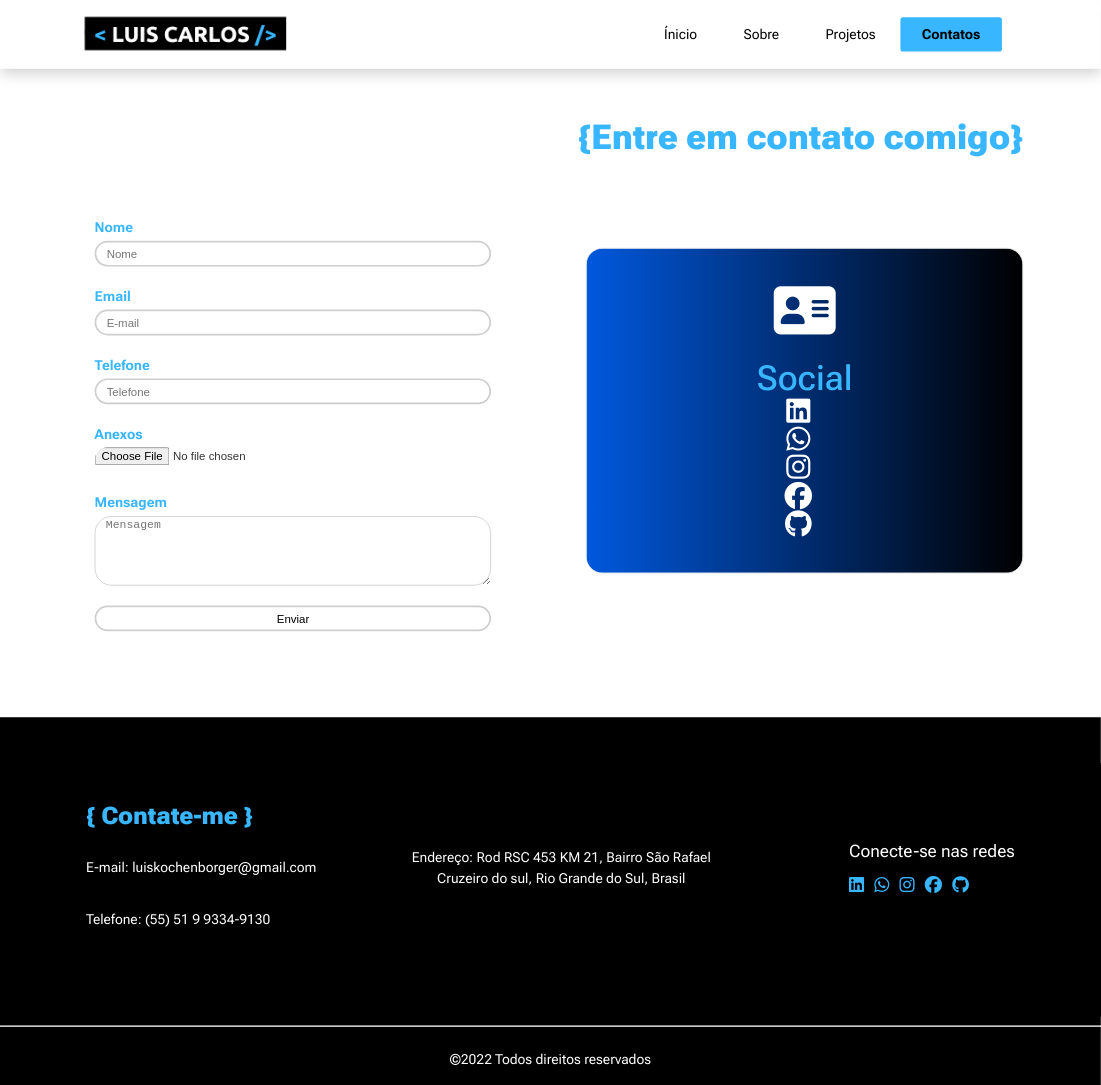
Repository: Iluiscarlos/SitePortifolio
Page: contacts.html
An editor plug-in stored every save of this project. The page is shown before and after the next save, followed by the edit.
The browser window is 1280 px wide. The pictures show the whole page, at 86% of full size.
Some web libraries are served in a nearby version.

Above is the page before, as saved 2022-05-25 19:50:32.

After the next save:
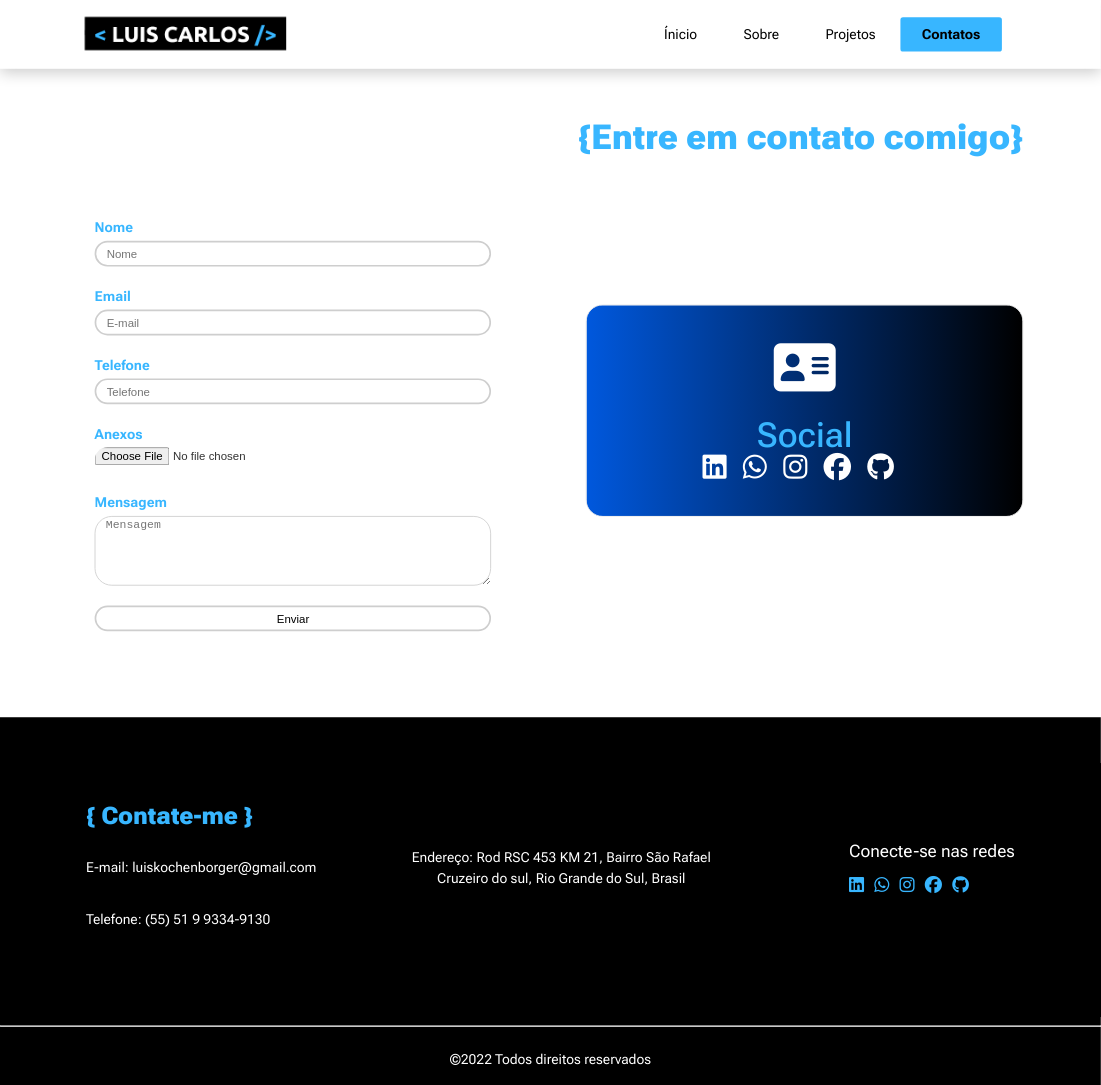
Saved 33 s later.
--- a/contacts.html
+++ b/contacts.html
@@ -62,15 +62,15 @@
             </div>
             <h1 class="subtitle">Social</h1>
             <a class="icon__medium" href="https://www.linkedin.com/in/luis-carlos-kochenborger" target="_blank"><i
-                class="fa-brands fa-linkedin"></i></a><br>
+                class="fa-brands fa-linkedin"></i></a>
                 <a class="icon__medium" href="https://api.whatsapp.com/send?phone=5551993349130&text=Contate-me"
-            target="_blank"><i class="fa-brands fa-whatsapp"></i></a><br>
+            target="_blank"><i class="fa-brands fa-whatsapp"></i></a>
             <a class="icon__medium" href="https://www.instagram.com/iluis.kochenborger/" target="_blank"><i
-                class="fa-brands fa-instagram"></i></a><br>
+                class="fa-brands fa-instagram"></i></a>
                 <a class="icon__medium" href="https://www.facebook.com/luiscarlos.kochenborger/" target="_blank"><i
-                class="fa-brands fa-facebook"></i></a><br>
+                class="fa-brands fa-facebook"></i></a>
                 <a class="icon__medium" href="https://github.com/Iluiscarlos" target="_blank"><i
-                class="fa-brands fa-github"></i></a><br>
+                class="fa-brands fa-github"></i></a>
             </div>
     </section>
 
